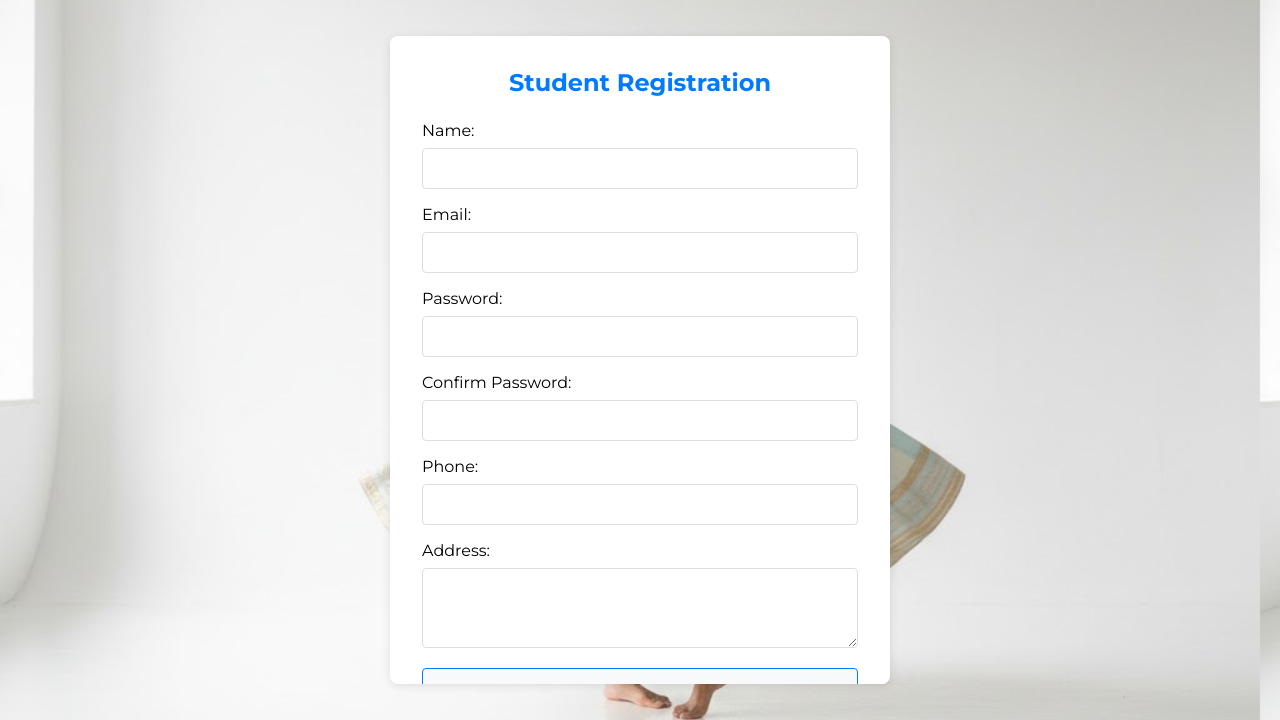
Repository: Priyadharshini-J-CSE/StepSync_Dance_Mangement_System
Page: /user-register (app in frontend/)
These files come from the project's save history. The page is drawn as it stood at one moment and after the next save; the edit follows.
The browser window is 1280 px wide. The pictures show the whole page.
An inner scrolling area shows only its first screen. Some web fonts or font styles are not loaded; a fallback is used. Some web libraries are served in a nearby version. The project was rebuilt for these pictures with package versions that can differ from the ones it lists, and the page was loaded fresh each time. Also part of the build but not shown: frontend/src/index.css, frontend/src/pages/LandingPage.js, frontend/src/components/Alert.js, frontend/src/pages/UserLogin.js, frontend/src/pages/AdminLogin.js, frontend/src/pages/AdminRegister.js, frontend/src/pages/ForgotPassword.js, frontend/src/components/Navbar.js and 17 more.

Above is the page before, as saved 2025-12-18 10:49:00.

After the next save:
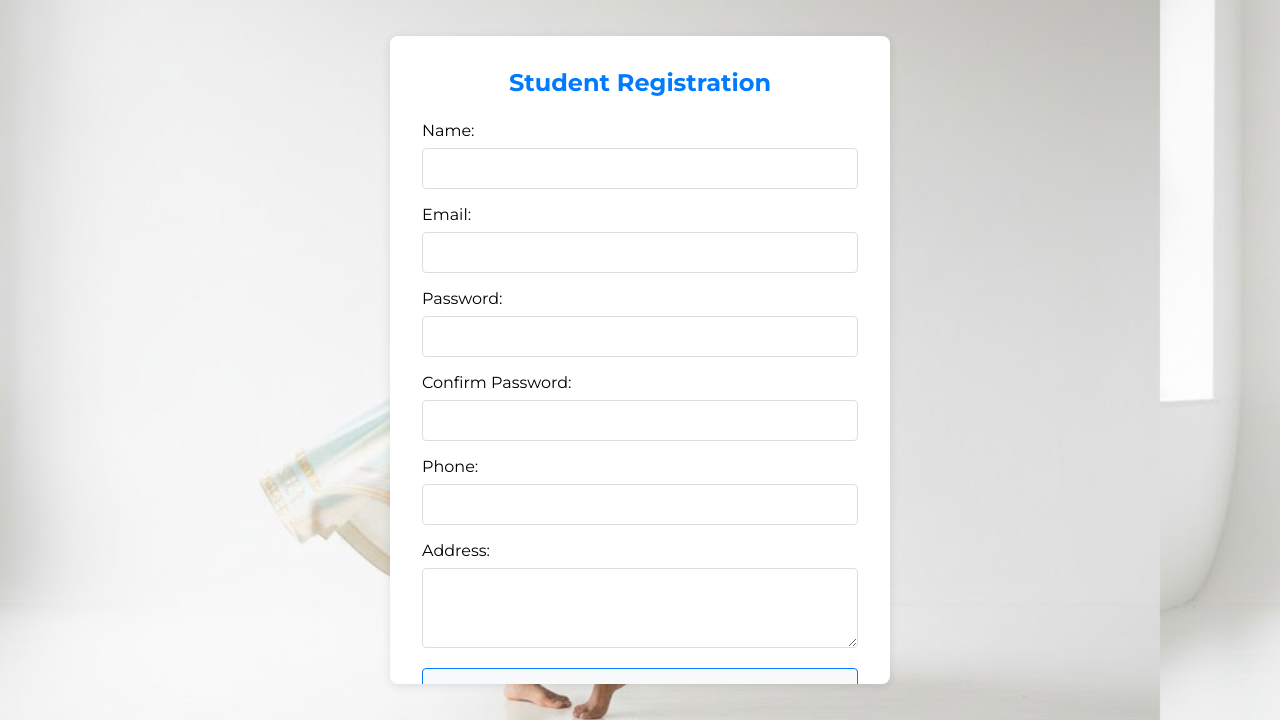
Saved 13 s later.
--- a/frontend/src/pages/UserRegister.js
+++ b/frontend/src/pages/UserRegister.js
@@ -65,7 +65,7 @@ const UserRegister = () => {
       padding: '1rem',
       backgroundImage: 'url(/image.jpg)',
       backgroundSize: 'cover',
-      backgroundPosition: 'bottom 30% right 1300px',
+      backgroundPosition: 'bottom 30% right 1400px',
       backgroundAttachment: 'fixed'
     }}>
       <form onSubmit={handleSubmit} style={{
